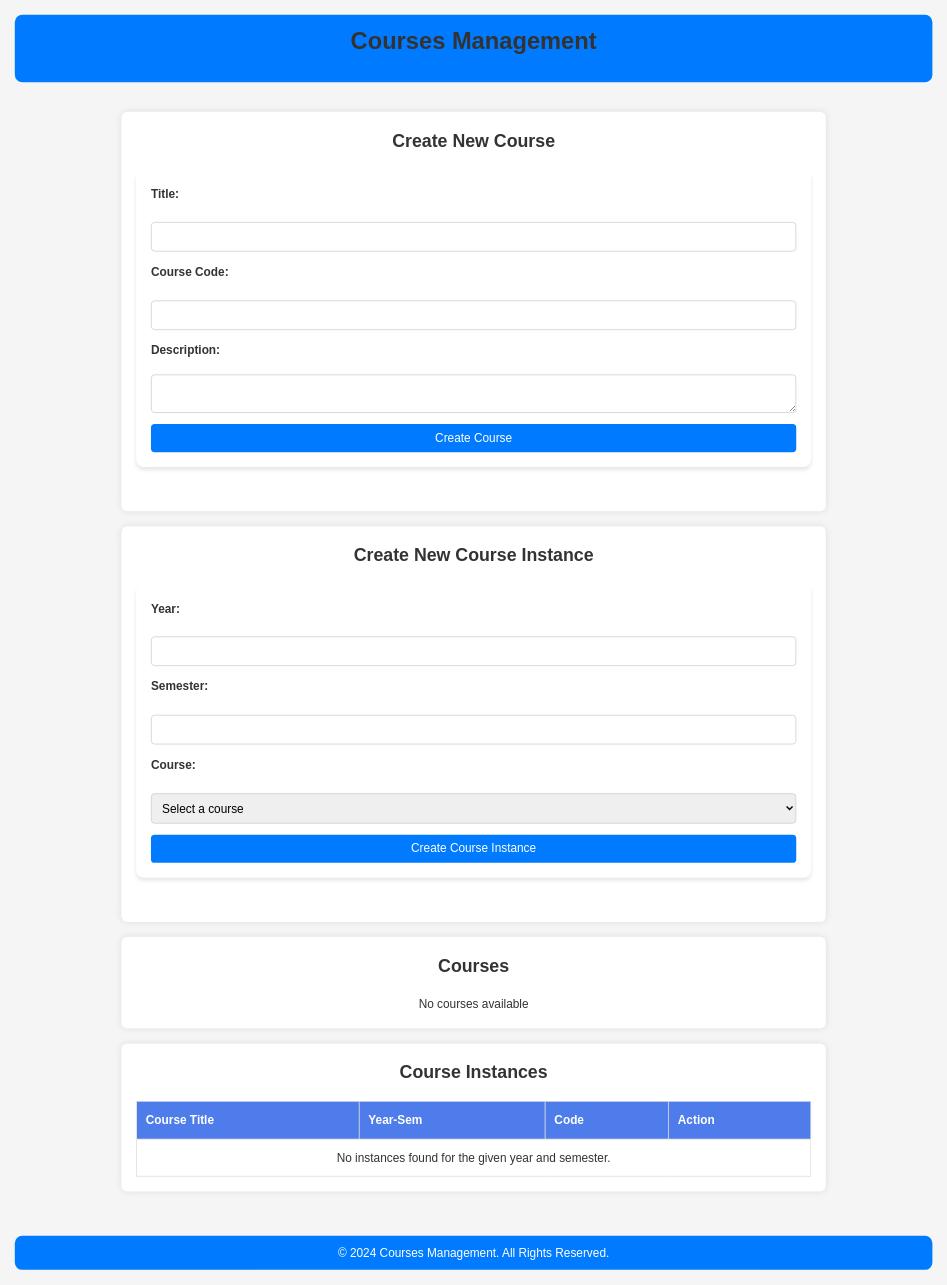
Repository: Rajdeep00-bit/Course_frontend
Page: /
These files come from the project's save history. The page is drawn as it stood at one moment and after a run of saves; the edit follows.
The browser window is 1280 px wide. The pictures show the whole page, at 74% of full size.
The page's requests for data from a server got no answer. The project was rebuilt for these pictures with package versions that can differ from the ones it lists, and the page was loaded fresh each time. No one was signed in, and anything a server would have sent is missing. Also part of the build but not shown: src/components/CourseInstanceDetails.js.

Above is the page before, as saved 2024-09-12 10:11:48.

After the next 3 saves:
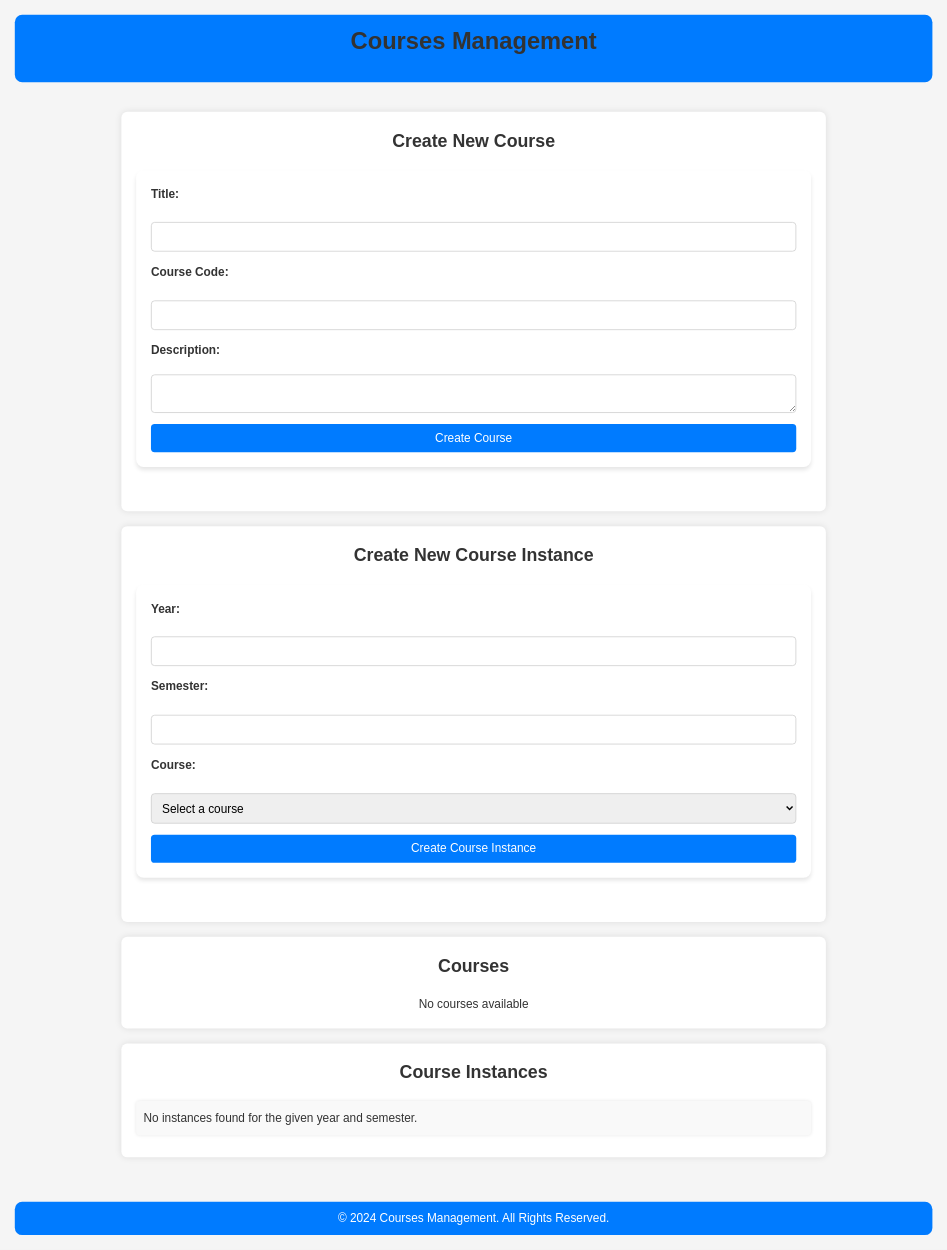
The 3 saves are shown as one change because they came seconds apart.
The last was saved 58 s later.
--- a/src/components/CourseInstanceList.js
+++ b/src/components/CourseInstanceList.js
@@ -1,39 +1,13 @@
 import React, { useEffect, useState } from 'react';
-import { FaTrash, FaSearch } from 'react-icons/fa'; // Import FontAwesome icons
 
 function CourseInstanceList({ instances, setInstances, year, semester }) {
-  const [selectedInstance, setSelectedInstance] = useState(null);
+  const [selectedInstance, setSelectedInstance] = useState(null);  // Ensure this is inside the component
 
-  // Function to fetch all course instances
-  const fetchInstances = () => {
-    if (!year || !semester) return;  // Prevent fetching if year or semester is not set
-
-    fetch(`http://127.0.0.1:8000/api/instances/${year}/${semester}/`)
-      .then((response) => {
-        if (!response.ok) {
-          return response.text().then(text => {  // Handle non-JSON responses
-            throw new Error(`Failed to fetch instances: ${response.status}, ${text}`);
-          });
-        }
-        return response.json();
-      })
-      .then((data) => {
-        console.log("Fetched instances:", data); // Debugging
-        setInstances(data);  // Set the instances state with fetched data
-      })
-      .catch((error) => {
-        console.error('Error fetching instances:', error);
-        alert(`Error: ${error.message}`);
-      });
+  const handleInstanceCreated = () => {
+    fetchInstances();  // Refresh the list after a new instance is created
   };
 
-
-  // Fetch course instances when year or semester changes
-  useEffect(() => {
-    fetchInstances();
-  }, [year, semester]);  // Refetch whenever year or semester changes
-
-  // View instance details
+  // Fetch instance details (for display or debugging)
   const viewInstanceDetails = (id) => {
     if (!year || !semester) {
       alert("Year and semester must be set to fetch instance details.");
@@ -47,24 +21,29 @@ function CourseInstanceList({ instances, setInstances, year, semester }) {
         }
         return response.json();
       })
-      .then((data) => setSelectedInstance(data))
+      .then((data) => setSelectedInstance(data))  // Set selected instance for viewing
       .catch((error) => {
         console.error("Error fetching instance details:", error);
         alert("Failed to fetch instance details. Make sure the instance exists.");
       });
   };
 
-  // Delete instance
+  // Function to delete the instance
   const deleteInstance = (id) => {
-    if (!window.confirm("Are you sure you want to delete this course instance?")) return;
+    if (!window.confirm("Are you sure you want to delete this course instance?")) {
+      return;
+    }
 
-    fetch(`http://127.0.0.1:8000/api/instances/${id}/`, { method: 'DELETE' })
+    fetch(`http://127.0.0.1:8000/api/instances/${id}/`, {  // Ensure trailing slash
+      method: 'DELETE',
+    })
       .then((response) => {
         if (response.ok) {
-          fetchInstances();  // Refetch instances to update the UI after deletion
+          const updatedInstances = instances.filter((instance) => instance.id !== id);
+          setInstances(updatedInstances);  // Update state
           alert("Instance deleted successfully.");
         } else {
-          alert("Failed to delete the instance.");
+          return response.json().then((err) => Promise.reject(err));
         }
       })
       .catch((error) => {
@@ -73,43 +52,39 @@ function CourseInstanceList({ instances, setInstances, year, semester }) {
       });
   };
 
+  // Fetch all course instances when component mounts
+  useEffect(() => {
+    fetchInstances();
+  }, [year, semester]);
+
+  const fetchInstances = () => {
+    if (!year || !semester) return;  // Prevent fetching if year or semester is not set
+    fetch(`http://127.0.0.1:8000/api/instances/${year}/${semester}`)
+      .then((response) => response.json())
+      .then((data) => setInstances(data))
+      .catch((error) => {
+        console.error('Error fetching instances:', error);
+      });
+  };
+
   return (
-    <div className="course-instance-list">
-      <table>
-        <thead>
-          <tr>
-            <th>Course Title</th>
-            <th>Year-Sem</th>
-            <th>Code</th>
-            <th>Action</th>
-          </tr>
-        </thead>
-        <tbody>
-          {instances.length === 0 ? (
-            <tr>
-              <td colSpan="4">No instances found for the given year and semester.</td>
-            </tr>
-          ) : (
-            instances.map((instance) => (
-              <tr key={instance.id}>
-                <td>{instance.course.title}</td> {/* Display Course Title */}
-                <td>{`${instance.year}-${instance.semester}`}</td>
-                <td>{instance.code}</td> {/* Display Course Code */}
-                <td>
-                  <button onClick={() => viewInstanceDetails(instance.id)}>
-                    <FaSearch />
-                  </button>
-                  <button onClick={() => deleteInstance(instance.id)}>
-                    <FaTrash />
-                  </button>
-                </td>
-              </tr>
-            ))
-          )}
-        </tbody>
-      </table>
+    <div>
+      <ul>
+        {instances.length === 0 ? (
+          <li>No instances found for the given year and semester.</li>
+        ) : (
+          instances.map((instance) => (
+            <li key={instance.id}>
+              {instance.course.title} - {instance.year}/{instance.semester}
+              <button onClick={() => viewInstanceDetails(instance.id)}>View Details</button>
+              <button onClick={() => deleteInstance(instance.id)}>Delete</button>
+            </li>
+          ))
+        )}
+      </ul>
     </div>
   );
 }
 
+// Move the export to the end of the file, at the top level, not inside any code blocks
 export default CourseInstanceList;
